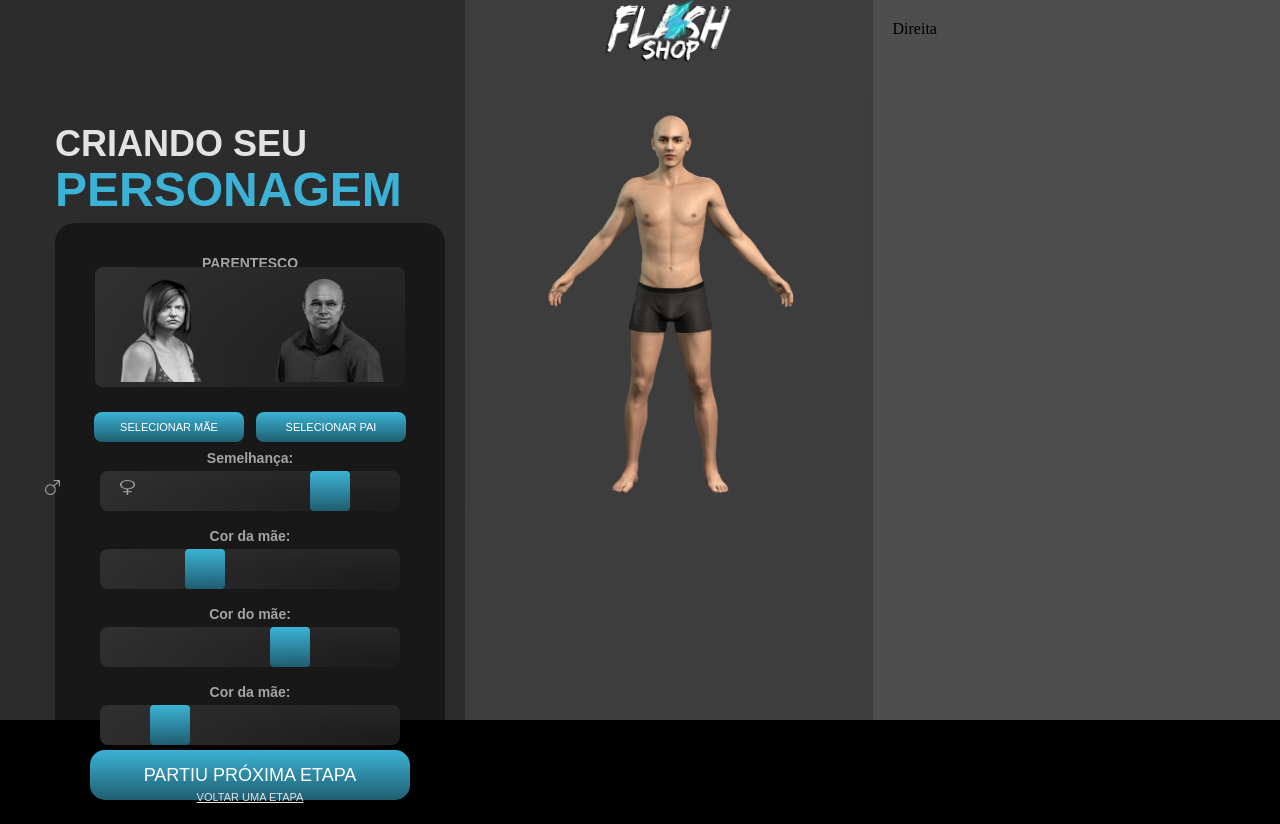
Repository: DuMCorrea/CriandoPerso
Page: index.html
The author's editor kept a copy of each file at every save. The page is drawn from the files as they stood at one save, then again after the next save.
The browser window is 1280 px wide. The pictures show the whole page.

Above is the page before, as saved 2024-08-29 16:49:00.

After the next save:
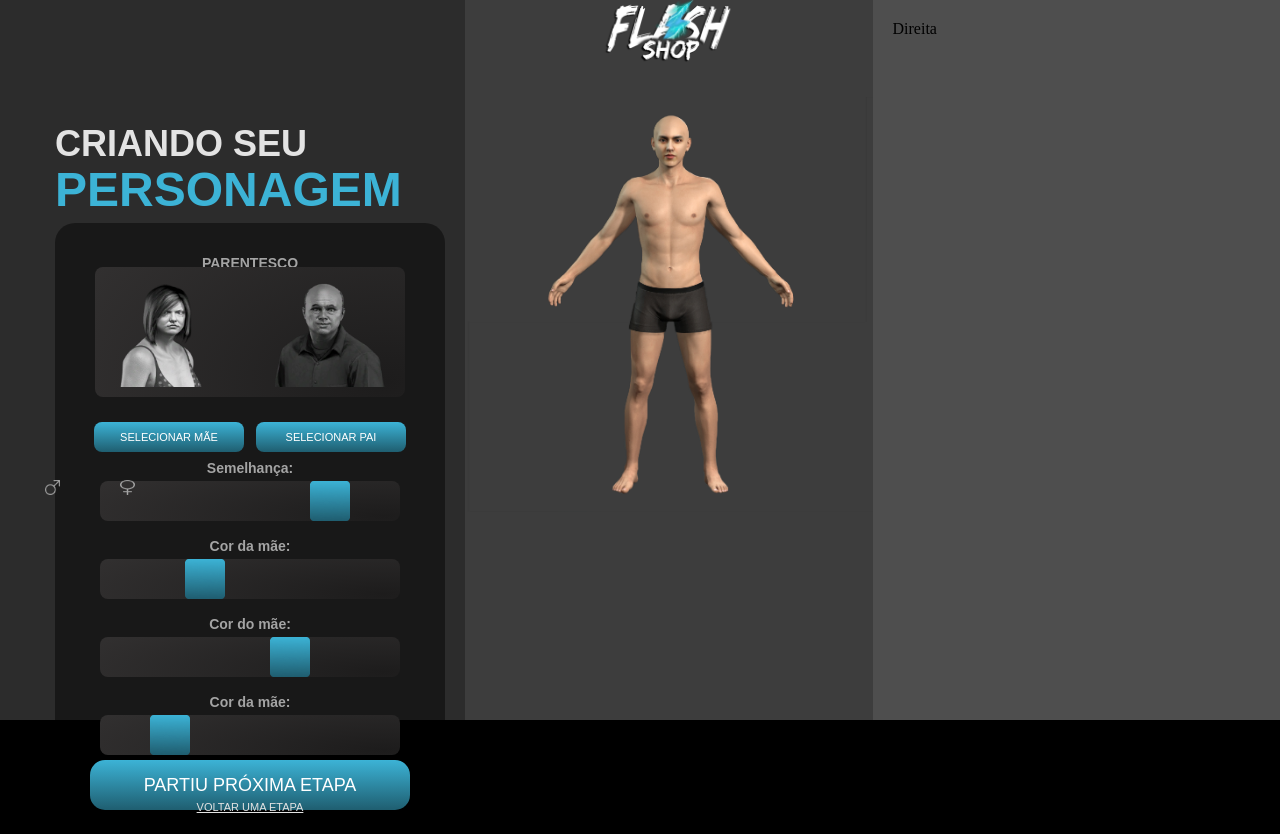
Saved 14 s later.
--- a/styles.css
+++ b/styles.css
@@ -235,7 +235,7 @@
 
 .image-rectangle {
     width: 290px; /* Largura do retângulo */
-    height: 120px; /* Altura do retângulo */
+    height: 130px; /* Altura do retângulo */
     background: radial-gradient(547.21% 823.76% at 94.51% 88.04%, #1D1C1C 0%, #837E7E 100%); /* Gradiente de fundo */
     border-radius: 8px; /* Bordas arredondadas */
     display: flex;
